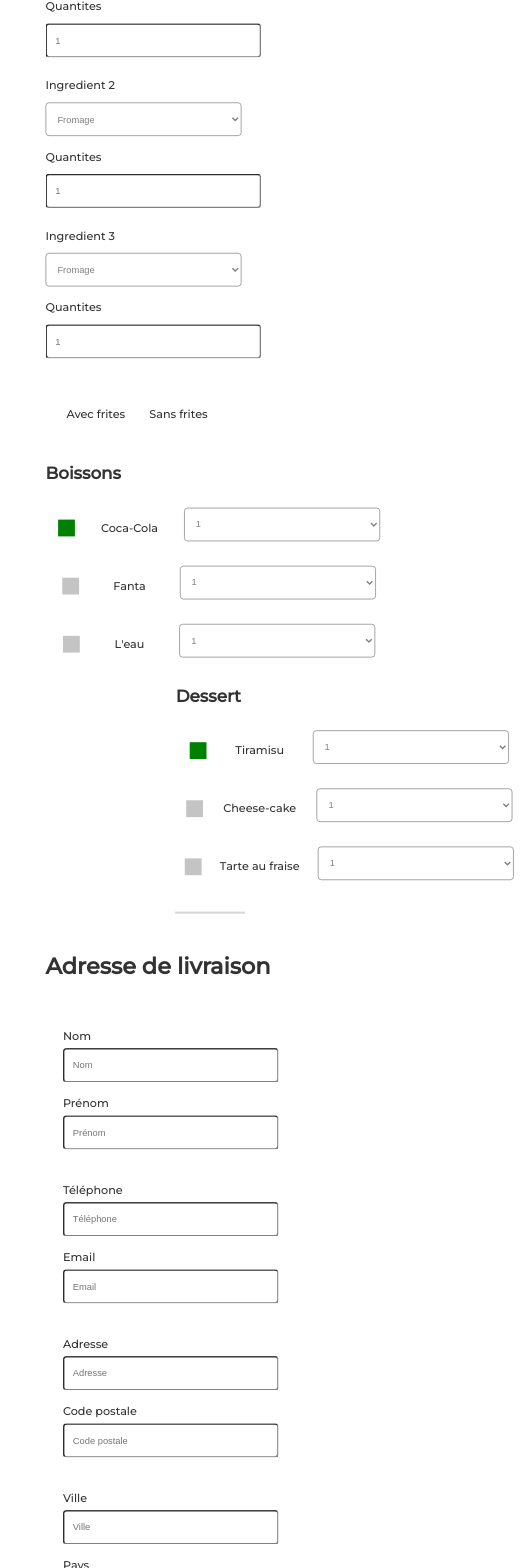
Repository: Ahlam-belhadj/bella-olange
Page: index2.html
An editor plug-in stored every save of this project. The page is shown before and after a run of saves, followed by the edit.
The browser window is 600 px wide. The page is 747 px wide, then 690 px, so the pictures cover 747 px, including what lies to the right of the window. The pictures show the part of the page from y = 1986 to 4226 px (the page is 4501 px tall), at 70% of full size.

Above is the page before, as saved 2023-02-13 18:28:10.

### index2.html
<!DOCTYPE html>
<html lang="en">

<head>
    <meta charset="UTF-8">
    <meta http-equiv="X-UA-Compatible" content="IE=edge">
    <meta name="viewport" content="width=device-width, initial-scale=1.0">
    <link rel="stylesheet" href="style2.css">
    <title>Bella olanje</title>
</head>

<body>
  <header>
    <nav>
      <div class="logo"><img  class="logo" src="image/logo_bella_olonje.png" alt="logo"></div>
      <ul>
          <li><a href="#" class="nav-link">Home</a></li>
          <li><a href="#" class="nav-link">Pizza</a></li>
          <li><a href="#" class="nav-link">Burgers</a></li>
          <li><a href="#" class="nav-link">Salade</a></li>
          <li><a href="#" class="nav-link">Contact</a></li>

      </ul>
      <div class="icon_navbar">
          <label for="click" class="menu-btn">
            <i class="fas fa-bars"></i>
          </label>
      </div>
    </nav>

    <div class="title">
        <div class="texte">
            <h3>Food app</h3>
            <h1>Chez Bella <br>
                chaque désire s'additionne.</h1>
        </div>
    </div>
</header>




    <main>
      <div class="infos" id="form-infos">
        <form>
          <h1>Vos informations</h1>

          <div class="grp_infos">
            <div class="nom_prenom">
              <div class="label1">
                <label class="label_nom">Nom</label><br>
                <input type="text" placeholder="Nom">
              </div>
              <div class="label1">
                <label class="label_nom">Prénom</label><br>
                <input type="text" placeholder="Prénom">
              </div>
            </div>

            <div class="telephone_email">
              <div class="label1">
                <label class="label_nom">Téléphone</label><br>
                <input type="text" placeholder="Téléphone">
              </div>
              <div class="label1">
                <label class="label_nom">Email</label><br>
                <input type="text" placeholder="Email">
              </div>
            </div>
          </div>
        </form>
      </div>

      <hr>

      <div class="commande">
        <form>
          <h1>Votre commande</h1>
          <h3>Suppléments</h3>
          <div class="grp_suppliment">
            <div class="ingredient_quantite">
              <div class="fromage">
                <label>Ingredient</label><br>
                <select name="ingr" class="suppléments">
                  <option value="fromage">Fromage</option>
                  <option value="fromage">Fromage</option>
                  <option value="fromage">Fromage</option>
                  <option value="fromage">Fromage</option>
                  <option value="fromage">Fromage</option>
                  <option value="fromage">Fromage</option>
                  <option value="fromage">Fromage</option>
                </select>
              </div>
              <div class="box">
                <label>Quantites</label><br>
                <input type="number" min="0" placeholder="1">
              </div>
            </div>

            <div class="ingredient_quantite">
             <div class="fromage">
                <label>Ingredient 1</label><br>
                <select name="ingr" class="suppléments">
                  <option value="fromage">Fromage</option>
                  <option value="fromage">Fromage</option>
                  <option value="fromage">Fromage</option>
                  <option value="fromage">Fromage</option>
                  <option value="fromage">Fromage</option>
                  <option value="fromage">Fromage</option>
                  <option value="fromage">Fromage</option>
                </select>
              </div>
              <div class="box">
                <label>Quantites</label><br>
                <input type="number" min="0" placeholder="1">
              </div>
            </div>

            <div class="ingredient_quantite">
              <div class="fromage">
                <label>Ingredient 2</label><br>
                <select name="ingr" class="suppléments">
                  <option value="fromage">Fromage</option>
                  <option value="fromage">Fromage</option>
                  <option value="fromage">Fromage</option>
                  <option value="fromage">Fromage</option>
                  <option value="fromage">Fromage</option>
                  <option value="fromage">Fromage</option>
                  <option value="fromage">Fromage</option>
                </select>
              </div>
              <div class="box">
                <label>Quantites</label><br>
                <input type="number" min="0" placeholder="1">
              </div>
            </div>

            <div class="ingredient_quantite">
              <div class="fromage">
                <label>Ingredient 3</label><br>
                <select name="ingr" class="suppléments">
                  <option value="fromage">Fromage</option>
                  <option value="fromage">Fromage</option>
                  <option value="fromage">Fromage</option>
                  <option value="fromage">Fromage</option>
                  <option value="fromage">Fromage</option>
                  <option value="fromage">Fromage</option>
                  <option value="fromage">Fromage</option>
                </select>
              </div>
              <div class="box">
                <label>Quantites</label><br>
                <input type="number" min="0" placeholder="1">
              </div>
            </div>
          </div>


          <div class="check2">
            <label class="container">Avec frites
              <input type="radio" checked="checked" name="radio">
              <span class="checkmark"></span>
            </label>
            <label class="container">Sans frites
              <input type="radio" name="radio">
              <span class="checkmark"></span>
            </label>
          </div>


          <div class="all">
            <div class="content_of_boisson">
                <h2>Boissons</h2>
                <div class="boissons">
                    <div class="carre"></div>
                    <label>Coca-Cola</label>
                    <select name="Fromage" class="Fromage" style="margin-top: 10px;">
                      <option value="">1</option>
                      <option value="">2</option>
                      <option value="">3</option>
                      <option value="">4</option>
                    </select>
                </div>
                <div class="boissons">
                    <div class="carre grey"></div>
                    <label>Fanta</label>
                    <select name="Fromage" class="Fromage" style="margin-top: 10px;">
                      <option value="">1</option>
                      <option value="">2</option>
                      <option value="">3</option>
                      <option value="">4</option>
                    </select>
                </div>
                <div class="boissons">
                    <div class="carre grey"></div>
                    <label>L'eau</label>
                    <select name="Fromage" class="Fromage" style="margin-top: 10px;">
                      <option value="">1</option>
                      <option value="">2</option>
                      <option value="">3</option>
                      <option value="">4</option>
                    </select>
                </div>
            </div>

            <div class="content_of_dessert">
                <h2>Dessert</h2>
                <div class="boissons dessert">
                    <div class="carre"></div>
                    <label>Tiramisu</label>
                    <select name="Fromage" class="Fromage" style="margin-top: 10px;">
                        <option value="">1</option>
                        <option value="">2</option>
                        <option value="">3</option>
                        <option value="">4</option>
                    </select>
                </div>
                <div class="boissons dessert">
                    <div class="carre grey"></div>
                    <label>Cheese-cake</label>
                    <select name="Fromage" class="Fromage" style="margin-top: 10px;">
                      <option value="">1</option>
                      <option value="">2</option>
                      <option value="">3</option>
                      <option value="">4</option>
                    </select>
                </div>
                <div class="boissons dessert">
                    <div class="carre grey"></div>
                    <label>Tarte au fraise</label>
                    <select name="Fromage" class="Fromage" style="margin-top: 10px;">
                      <option value="">1</option>
                      <option value="">2</option>
                      <option value="">3</option>
                      <option value="">4</option>
                    </select>
                </div>
            </div>
            </div>
        </form>
      </div>

      <hr>

      <div class="livraison">
        <form>
          <h1>Adresse de livraison</h1>
          <div class="grp_infos">
            <div class="nom_prenom">
              <div class="label1">
                <label class="label_nom">Nom</label><br>
                <input type="text" placeholder="Nom">
              </div>
              <div class="label1">
                <label class="label_nom">Prénom</label><br>
                <input type="text" placeholder="Prénom">
              </div>
            </div>

            <div class="telephone_email">
              <div class="label1">
                <label class="label_nom">Téléphone</label><br>
                <input type="text" placeholder="Téléphone">
              </div>
              <div class="label1">
                <label class="label_nom">Email</label><br>
                <input type="text" placeholder="Email">
              </div>
            </div>
            <div class="nom_prenom">
              <div class="label1">
                <label class="label_nom">Adresse</label><br>
                <input type="text" placeholder="Adresse">
              </div>
              <div class="label1">
                <label class="label_nom">Code postale</label><br>
                <input type="text" placeholder="Code postale">
              </div>
            </div>

            <div class="telephone_email">
              <div class="label1">
                <label class="label_nom">Ville</label><br>
                <input type="text" placeholder="Ville">
              </div>
              <div class="label1">
                <label class="label_nom">Pays</label><br>
                <input type="text" placeholder="Pays">
              </div>
            </div>
          </div>
            <div class="div_button"><button class="button" type="button">Envoyer</button></div>
        </form>

      </div>
    </main>

</body>

</html>

### style2.css
@import url('https://fonts.googleapis.com/css2?family=Montserrat:wght@100;200;500&display=swap');

body {
    font-family: Montserrat, sans-serif;
    margin: auto;
}


.logo {
    height: 80px;
}

nav {
    display: flex;
    height: 80px;
    width: 100%;
    background: white;
    align-items: center;
    justify-content: space-between;
    padding: 0 50px 0 100px;
    flex-wrap: wrap;
  }

  nav .logo {
    color: #fff;
    font-size: 20px;
    text-transform: uppercase;
    text-decoration: none;
  }

  nav a {
    color: #fff;
    text-decoration: none;
  }

  nav ul {
    display: flex;
    flex-wrap: wrap;
    list-style: none;

  }

  nav ul li {
    margin: 0 5px;
  }

  nav ul li a {
    color: black;
    text-decoration: none;
    font-size: 16px;
    font-weight: 500;
    padding: 8px 15px;
    border-radius: 5px;
    letter-spacing: 1px;
    transition: all 0.3s ease;
  }

  nav .icon_navbar {
    display: flex;
  }



  nav .menu-btn i {
    color: #050505;
    font-size: 22px;
    cursor: pointer;

  }

  input[type="checkbox"] {
    display: none;
  }

  @media (max-width: 1000px) {
    nav {
      padding: 0 40px 0 50px;
    }

    nav .logo {
      color: #fff;
      font-size: 16px;
      text-transform: uppercase;
    }
  }

  @media (max-width: 1250px) {
    nav .menu-btn i {
      display: block;
    }

    #click:checked~.menu-btn i:before {
      content: "\f00d";
    }

    nav ul {
      position: fixed;
      top: 80px;
      right: -100%;
      background: #C81100;
      height: 100vh;
      width: 60%;
      text-align: center;
      display: block;
      transition: all 0.3s ease;
    }

    #click:checked~ul {
      right: 0;
    }

    nav ul li {
      width: 100%;
      margin: 40px 0;
    }

    nav ul li a {
      width: 100%;
      display: block;
      font-size: 20px;
      transition: 0.6s cubic-bezier(0.68, -0.55, 0.265, 1.55);
    }

    #click:checked~ul li a {
      margin-left: 0px;
    }

    nav ul li a.active,
    nav ul li a:hover {
      background: none;
      color: #1E1E1E;
    }
  }
.title {
  background-image: url(image/Rectangle\ 48.png);
  height: 619px;
  background-repeat: no-repeat;
  background-position: center;
  background-size: cover;



}

.texte{
    color: white;
    display: flex;
    align-items: center;
    justify-content: center;
    flex-direction: column;
    text-align: center;
    height: 50%;
}



/*food_app*/
.title_food_app {
    padding-top: 50px;
}

.food_app{
    background-image: url(./img/food_app.png);
    min-height: 90vh;
    background-repeat: no-repeat;
    background-position: center;
    background-size: cover;
}
.title_food_app h3 {
    font-family: 'Montserrat';
    font-style: normal;
    font-weight: 550;
    font-size: 24px;
    line-height: 36px;
    text-align: center;
    letter-spacing: 0.1px;
    color: #F7F7F7;
    padding-top: 50px;
}

.title_food_app{

    font-family: Montserrat;
    font-style: normal;
    font-weight: 600;
    font-size: 58px;
    line-height: 80px;
    text-align: center;
    letter-spacing: 0.2px;
    color: #FFFFFF;
}

.title_pizza {
    display: flex;
    justify-content: center;
    color: #000000;
}
/*food_app*/


/*infos*/


.ingredient_quantite{
    display: flex;
    flex-direction:row;
    justify-content: flex-start;
    gap: 20%;
    margin-bottom: 10px;
}


main {
    color: #333333;
}

.label1 input {
    width: 280px;
    height: 35px;
    margin-bottom: 20px;
    margin-top: 8px;
    padding: 5px 12px;
    color: grey;
    border-radius: 5px;
    border-color: gray;
}


.infos h1 {
    padding: 85px;
}

hr {
    height: 3px;
    background-color:#d8d8d8;
    border: none;
    margin: 25px 250px 25px;
}

.nom_prenom {
    display: flex;
    justify-content: space-around;
    padding-right: 400px;
    padding-bottom: 28px;
}
.telephone_email {
    display: flex;
    justify-content: space-around;
    padding-right: 400px;
    padding-bottom: 28px;
}

/*infos*/

/*livraison*/

.livraison h1 {
    margin-left: 65px;
    padding-top: 30px;
    padding-bottom: 50px;
}
/*livraison*/

/*commande*/
.suppléments {
    width: 280px;
    height: 48px;
    margin-bottom: 20px;
    margin-top: 15px;
    padding: 5px 12px;
    color: grey;
    border-radius: 5px;
    border-color: gray;
    background-color: #FFFFFF;
}


.commande {
    margin-left: 65px;
}

.commande h1 {
    padding-top: 30px;
}

.commande h3 {
    padding-top: 50px;
    padding-bottom: 42px;
}

.box input {
    width: 280px;
    height: 35px;
    margin-bottom: 20px;
    margin-top: 15px;
    padding: 5px 12px;
    color: grey;
    border-radius: 5px;
    border-color: gray;
}

.boissons_dessert {
    display: flex;
    flex-direction: row;
}

/*commande*/


.div_button {
    padding: 50px 150px 70px 0px;
    display: flex;
    justify-content: flex-end;
}

button {
    border: 0;
    line-height: 2.5;
    width: 120px;
    padding: 0 18px;
    font-size: 18px;
    text-align: center;
    color: #fff;
    border-radius: 20px;
    background-color: #FA4A0C;
    box-shadow: 1px 1px 5px #B73227;
}


/*dessert et boissons*/

.avec, .sans {
    display: flex;
    flex-direction: row;
    justify-content: space-around;
    width: 150px;
    height: 40px;
    align-items: center;
}

.sans_f {
    padding-top: 39px;
    padding-left: 50px;
}
.avec_f {
    padding-left: 10px;
}

.boissons{
    display: flex;
    align-items: center;
    justify-content: space-around;
    width: 31rem;
    padding-top: 5px;
}

.carre {
    width: 24px;
    height: 24px;
    background-color: green;
}

.carre.grey {
    background-color: #C4C4C4;
}

.all {
    display: flex;
}

.content_of_dessert {
    margin-left: 186px;
}

.Fromage {
    padding: 7px;
    border-radius: 5px;
    width: 280px;
    height: 48px;
    margin-bottom: 20px;
    margin-top: 8px;
    padding: 5px 12px;
    color: grey;
    border-radius: 5px;
    border-color: gray;
    background-color: #FFFFFF;
}
/*dessert et boissons*/


/*checkbox*/
.check2 {
    padding-top: 40px;
    padding-bottom: 40px;
}
.container {
    padding-left: 30px;
    margin-bottom: 12px;
    cursor: pointer;
    font-size: 16px;


  }

  .container input {
    position: absolute;
    opacity: 0;
    cursor: pointer;
  }

  .checkmark {
    position: absolute;
    top: 0;
    left: 0;
    height: 21px;
    width: 21px;
    background-color: rgba(176, 176, 176, 0.677);
    border-radius: 50%;
}




  .container input:checked  .checkmark {
    background-color: #2e3983;
  }

  .checkmark:after {
    position: absolute;
    display: none;
  }

  .container input:checked ~ .checkmark:after {
    display: block;
  }

  .container .checkmark:after {
       top: 9px;
      left: 9px;
      width: 8px;
      background: white;
  }
/*checkbox*/

@media (max-width:650px) {
  .nom_prenom {
      display: flex;
      flex-direction: column;
      padding-left: 15%;
  }

  .telephone_email {
      display: flex;
      flex-direction: column;
      padding-left: 15%;
  }

  .ingredient_quantite{
    display: flex;
    flex-direction: column;
  }

  .all{
    display: flex;
    flex-direction: column;
  }

  .content_of_dessert
}

@media screen and (min-width:651px) and (max-width:1199px) {

  .info1 {
      display: flex;
      flex-direction: column;
      padding-left: 20%;
  }

  .info2 {
      display: flex;
      flex-direction: column;
      padding-left: 20%;
  }
  .chose {

      padding-left: 25%;
    }

  .div_button {
      padding: 0px;
  }

  .g-recaptcha {
      margin-top: 40px;
      padding-left: 15%;
  }

  .grp_choose {

      padding-left: 20%;
  }

  .label_choose input {
      width: 300px;
  }

  textarea {
      width: 300px;
  }

  .maps {
      padding-left: 0px;
  }

  iframe {
      width: 400px;
      height: 200px;
      top: 1875px;
      padding-left: 15%;

  }

  .button1 {

      justify-content: center;
      margin: 50px 0px 0px 0px;

    }



}

After the next 3 saves:
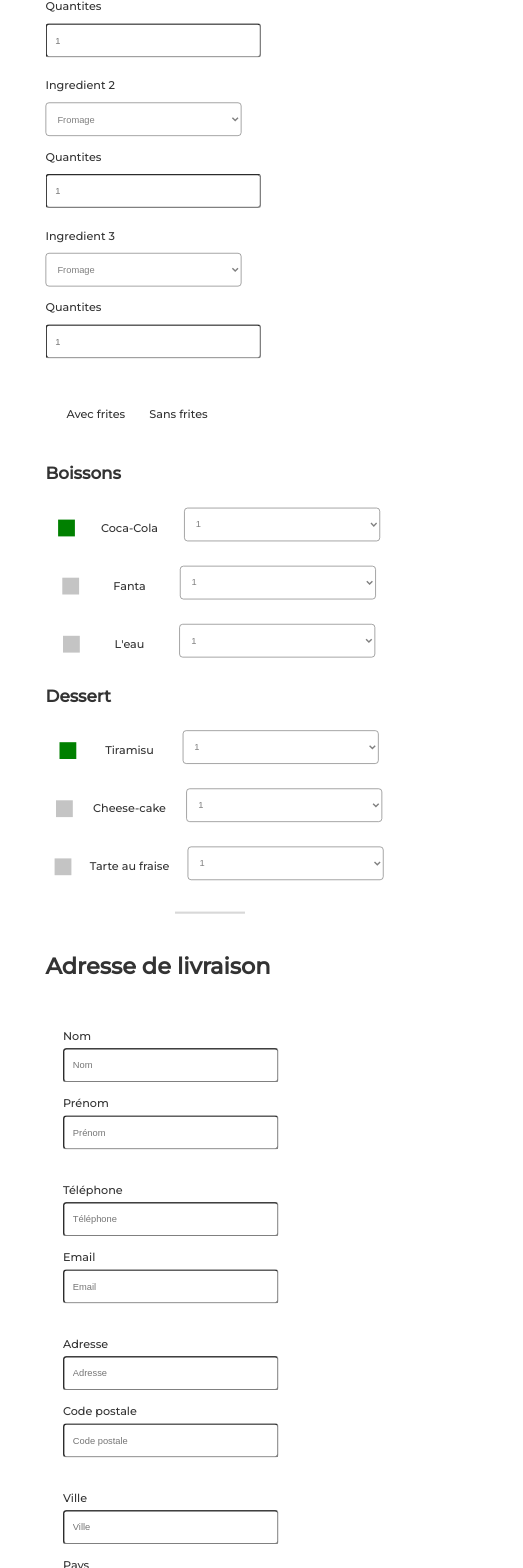
The 3 saves are shown as one change because they came seconds apart.
The last was saved 8 s later.
--- a/style2.css
+++ b/style2.css
@@ -465,7 +465,9 @@ button {
     flex-direction: column;
   }
 
-  .content_of_dessert
+  .content_of_dessert{
+    margin-left: 0px;
+  }
 }
 
 @media screen and (min-width:651px) and (max-width:1199px) {
